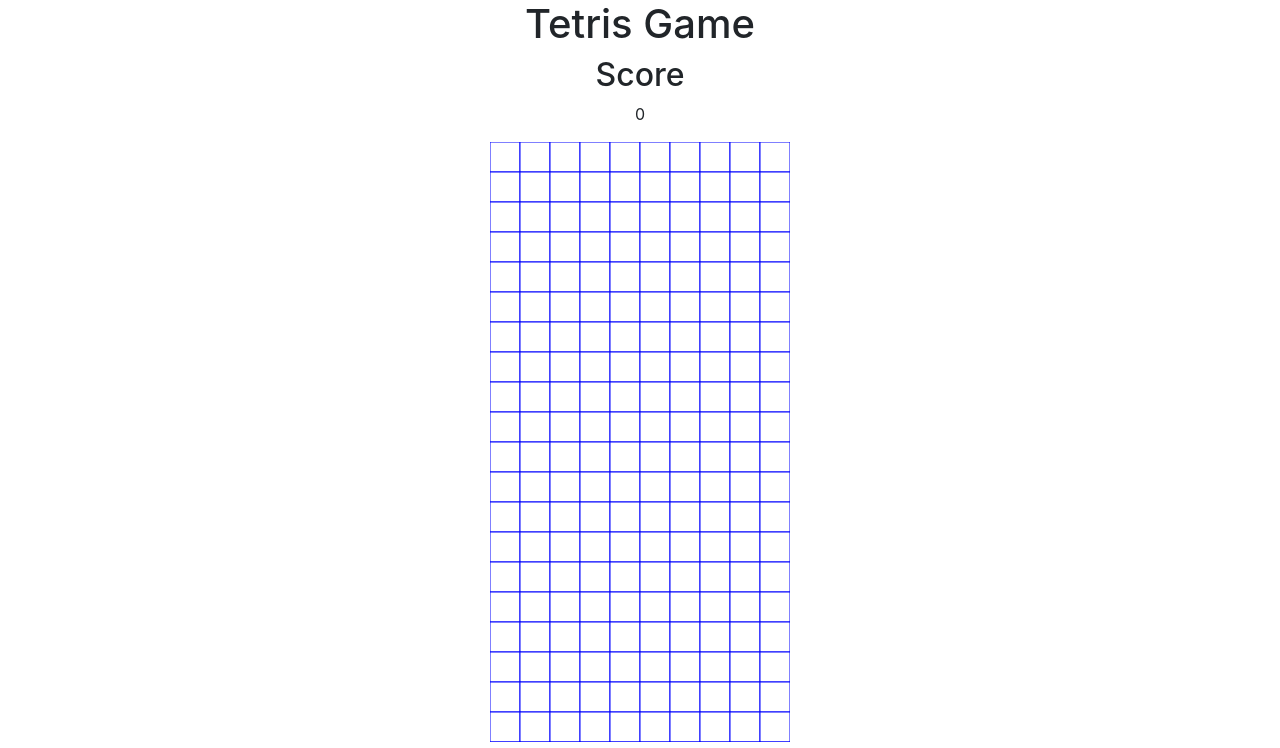
Repository: nlbien22/games
Page: Tetris/index.html
The author's editor kept a copy of each file at every save. The page is drawn from the files as they stood at one save, then again after the next save.
The browser window is 1280 px wide. The pictures show the whole page.

Above is the page before, as saved 2024-11-14 21:56:04.

After the next save:
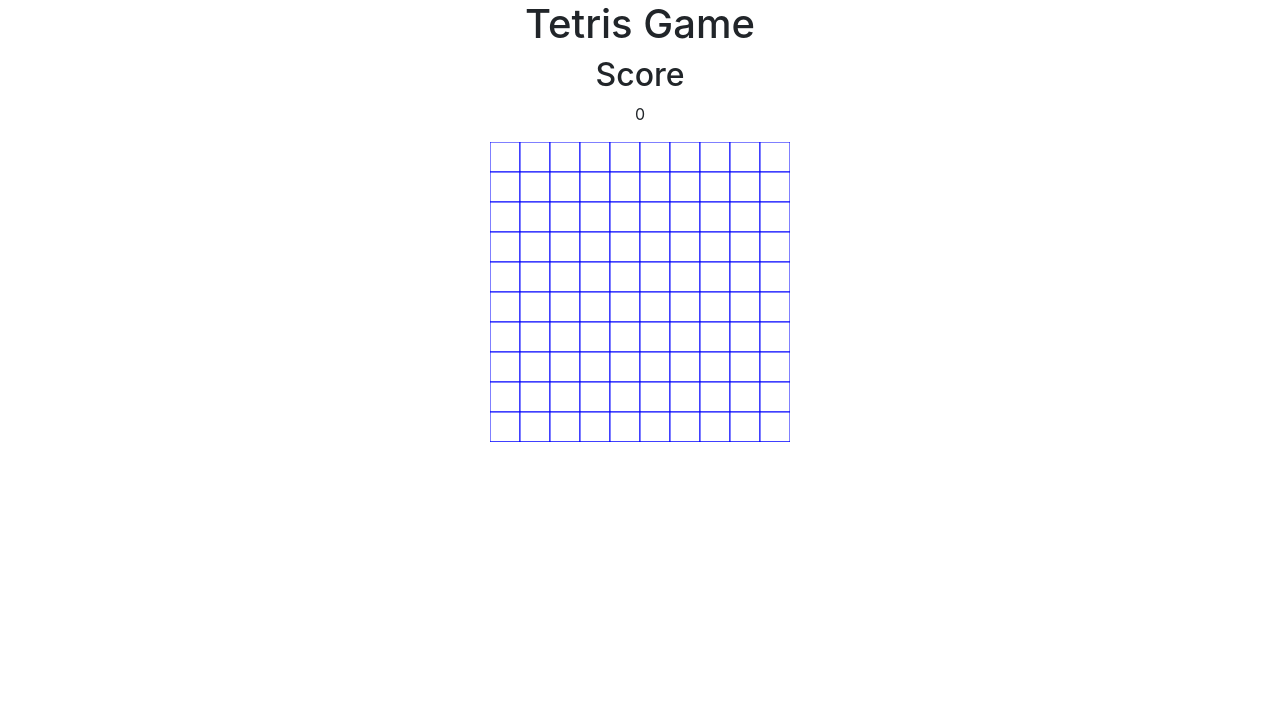
Saved 7 s later.
--- a/Tetris/index.html
+++ b/Tetris/index.html
@@ -14,7 +14,7 @@
         <p id="score">0</p>
     </div>
     <div class="game text-center">
-        <canvas id="tetris" width="300" height="600">
+        <canvas id="tetris" width="300" height="300">
         </canvas>
     </div>
     <script src="script.js"></script>

After the save that followed:
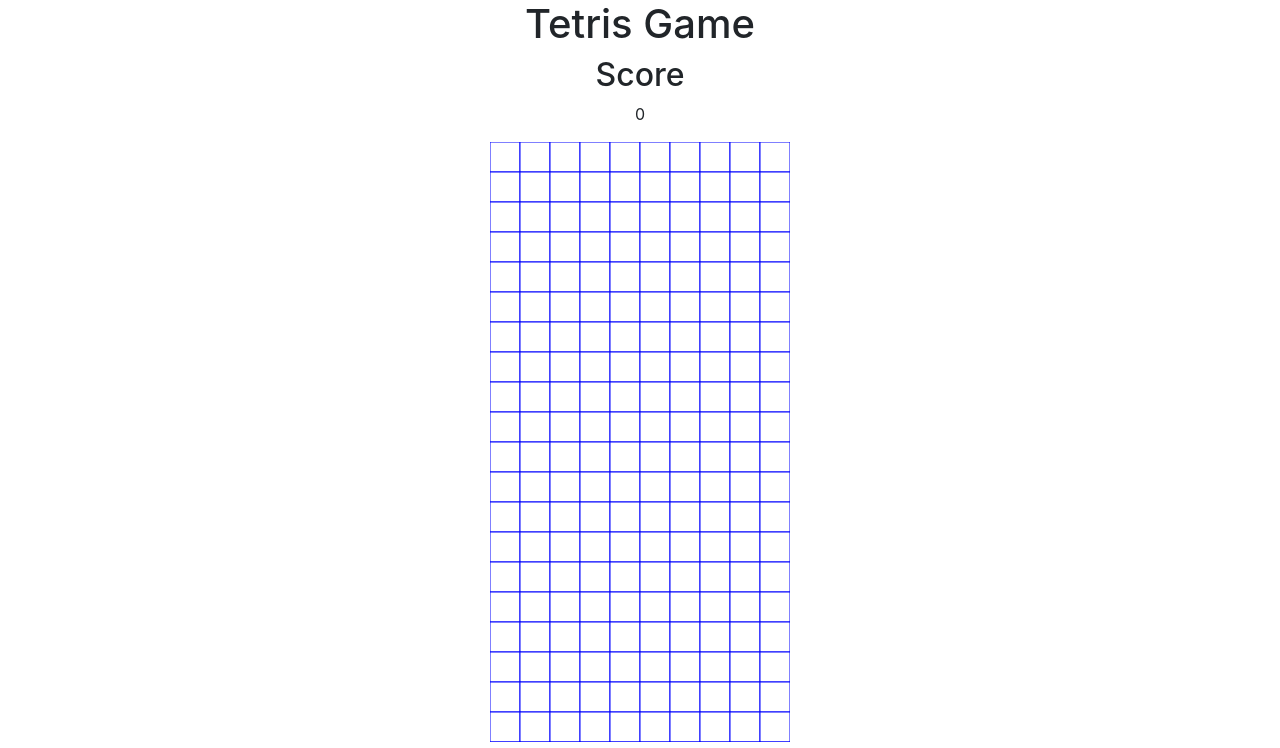
Saved 7 s later.
--- a/Tetris/index.html
+++ b/Tetris/index.html
@@ -14,7 +14,7 @@
         <p id="score">0</p>
     </div>
     <div class="game text-center">
-        <canvas id="tetris" width="300" height="300">
+        <canvas id="tetris" width="300" height="600">
         </canvas>
     </div>
     <script src="script.js"></script>
